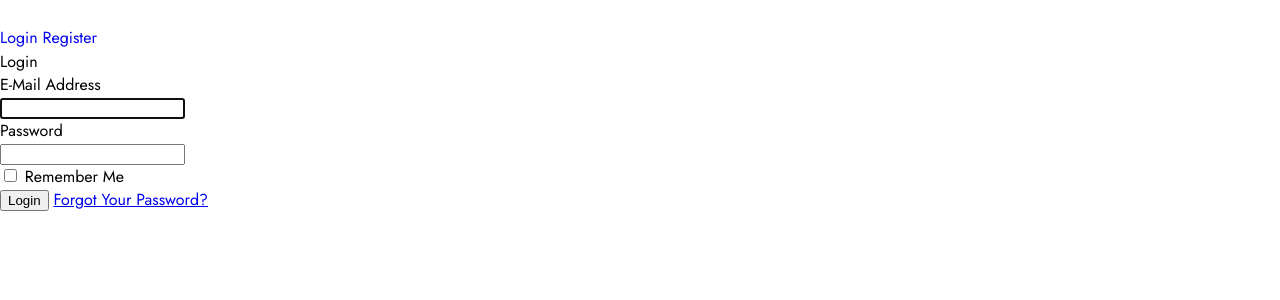
Repository: PatryxB/bikeService
Page: http://localhost/login
An editor plug-in stored every save of this project. The page is shown before and after the next save, followed by the edit.
The browser window is 1280 px wide. The pictures show the whole page.
The page is served by the project's Laravel application, run on PHP 8.4 with Laravel 8. Style sheets and scripts are compiled from the project's sources, by tool versions that may differ from the author's.

Above is the page before, as saved 2020-05-01 15:32:48.

After the next save:
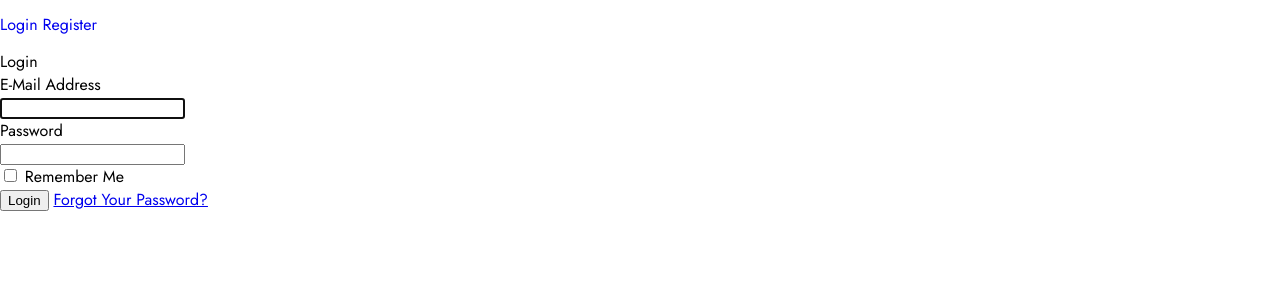
Saved 7 s later.
--- a/resources/sass/app.scss
+++ b/resources/sass/app.scss
@@ -16,5 +16,5 @@ nav{
 nav a{
     text-decoration: none;
     display: inline-block;
-    margin-top: 2%;
+    margin-top: 1%;
 }
